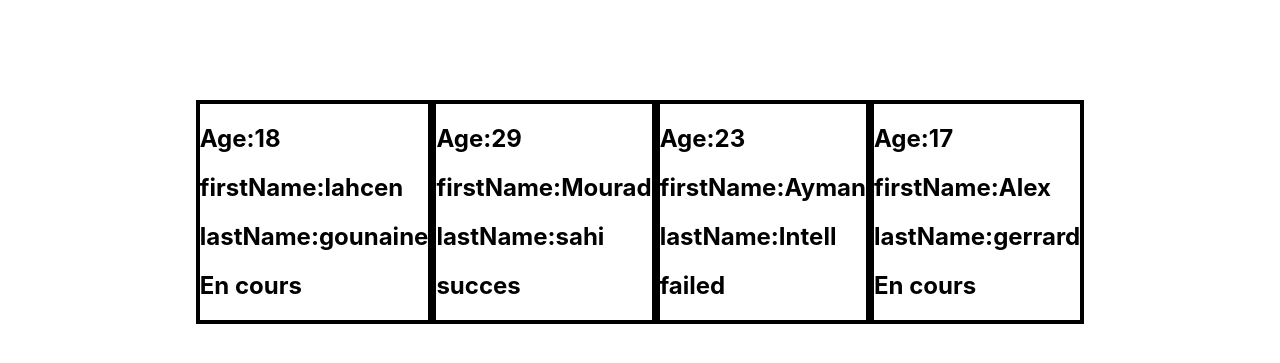
Repository: gounaine/Add_candidat
Page: /
An editor plug-in stored every save of this project. The page is shown before and after the next save, followed by the edit.
The browser window is 1280 px wide. The pictures show the whole page.
The project was rebuilt for these pictures with package versions that can differ from the ones it lists, and the page was loaded fresh each time.

Above is the page before, as saved 2024-05-26 19:44:32.

After the next save:
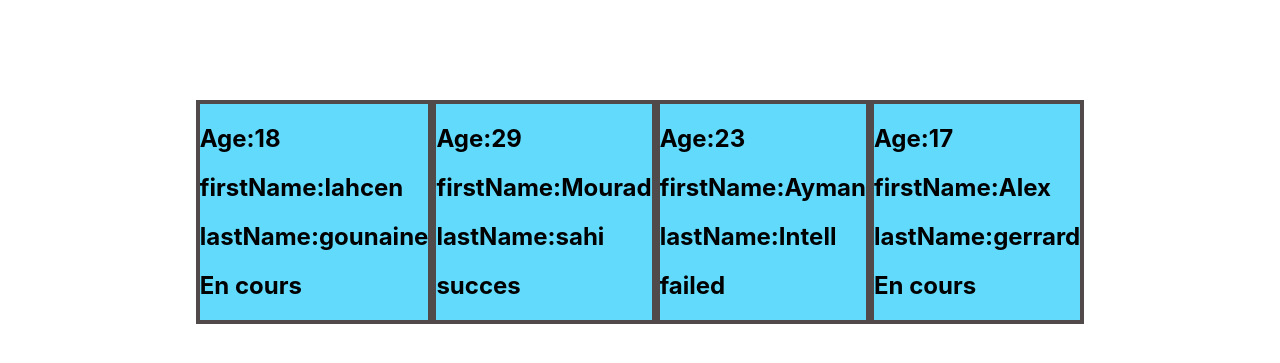
Saved 51 s later.
--- a/src/App.css
+++ b/src/App.css
@@ -38,13 +38,12 @@
 }
 
 .Card{
-  border: 4px solid black;
+  background-color:#61dafb;
+  border: 4px solid rgb(81, 74, 74);
 }
-.card>h2{
-  font-size: 1px;
-  font-family: monospace;
 
-}
+
+
 #root{
   display: flex;
   justify-content: center;
